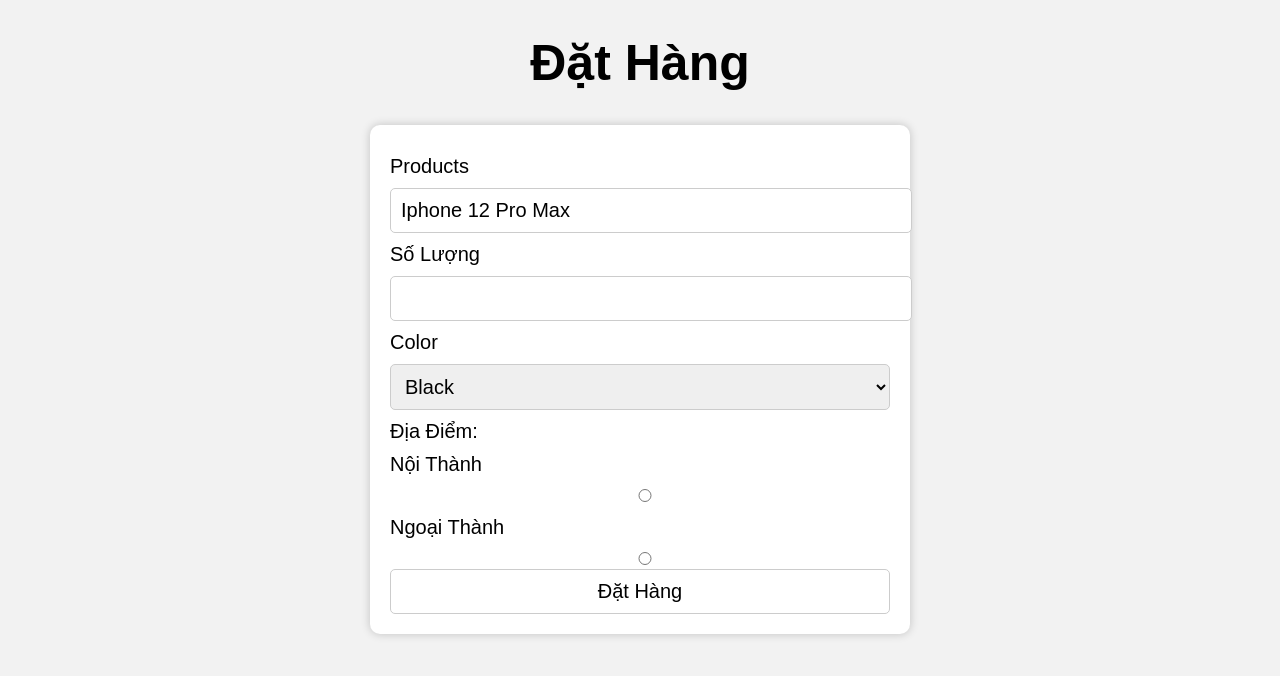
Repository: hisu87/WEB1043-JS
Page: Lab-Done-JS/Lab-7/html/Oder.html
These files come from the project's save history. The page is drawn as it stood at one moment and after the next save; the edit follows.
The browser window is 1280 px wide. The pictures show the whole page.

Above is the page before, as saved 2023-04-08 13:05:44.

After the next save:
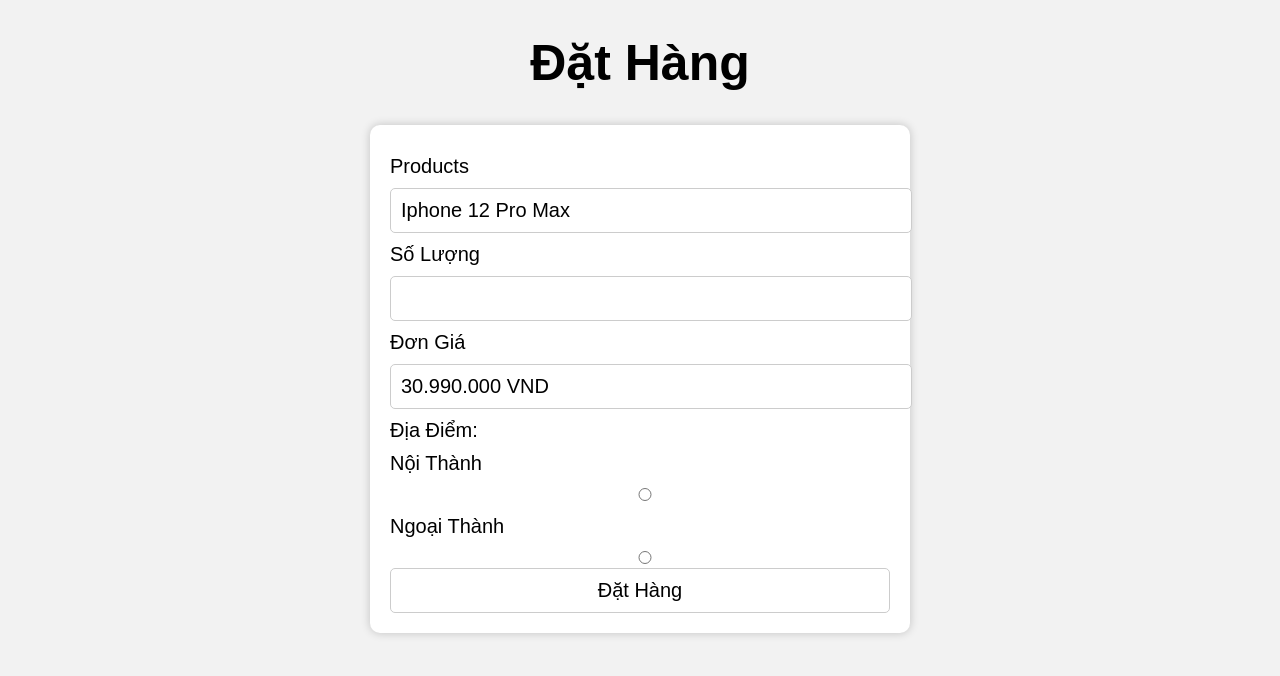
Saved 41 s later.
--- a/Lab-Done-JS/Lab-7/html/Oder.html
+++ b/Lab-Done-JS/Lab-7/html/Oder.html
@@ -76,22 +76,9 @@
         <input type="text" name="products" id="products" value="Iphone 12 Pro Max">
         <label for="qty">Số Lượng</label>
         <input type="number" name="qty" id="qty">
-        <label for="color">Color</label>
-        <select name="special-color" id="color">
-            <option value="1">Black</option>
-            <option value="2">White</option>
-            <option value="3">Red</option>
-            <option value="4">Blue</option>
-            <option value="5">Green</option>
-            <option value="6">Yellow</option>
-            <option value="7">Pink</option>
-            <option value="8">Purple</option>
-            <option value="9">Orange</option>
-            <option value="10">Gray</option>
-            <option value="11">Brown</option>
-            <option value="12">Gold</option>
-            <option value="13">Silver</option>
-        </select>
+        <label for="price">Đơn Giá</label>
+        <input type="text" name="price" id="price" value="30.990.000 VND">
+
         <label for="">Địa Điểm:</label>
         <label for="dia_chi">Nội Thành</label>
         <input type="radio" name="dia_chi" onclick="hien_thi(false)" />
